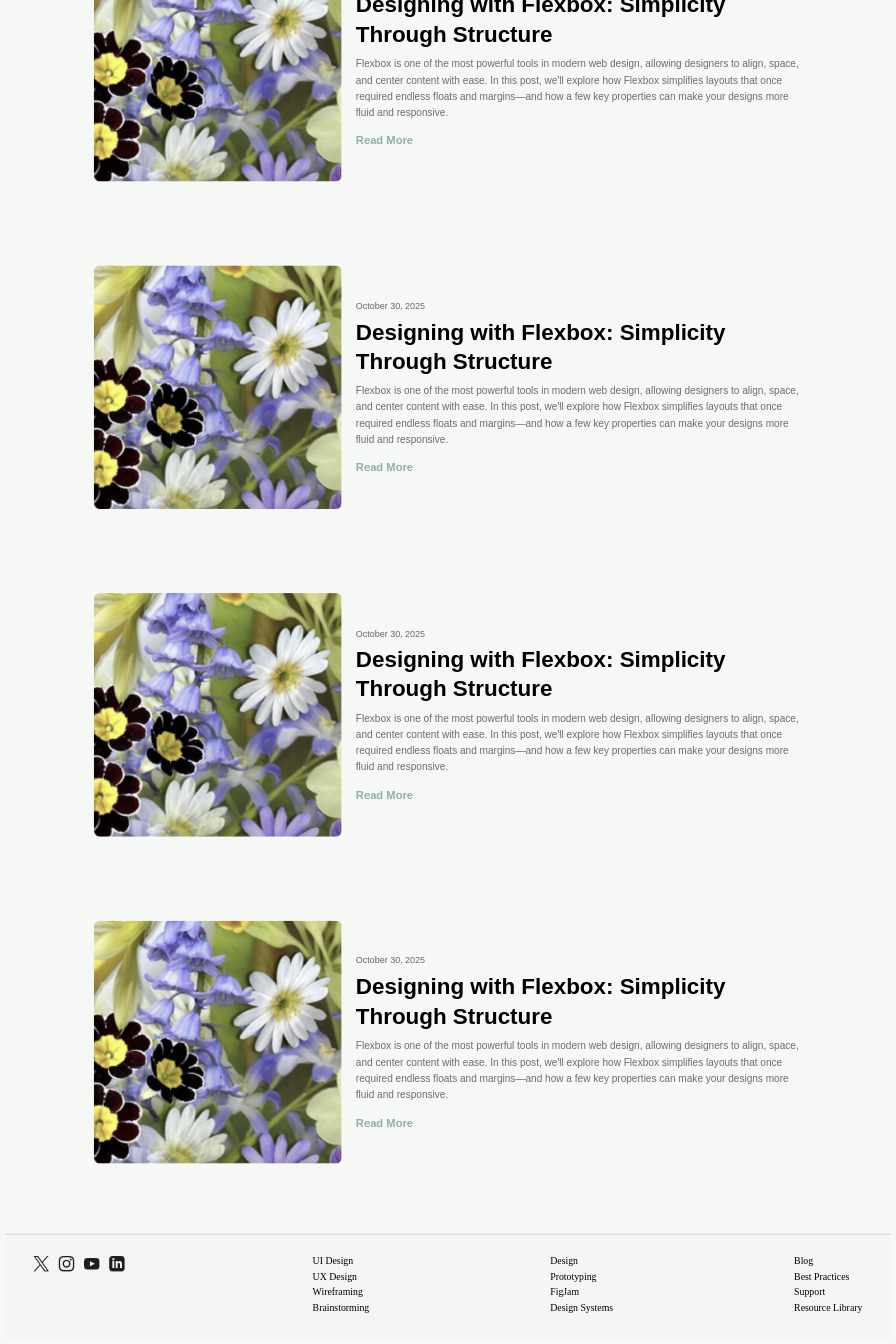
Repository: Brittany-Westlund/WebDesign
Page: Assignment4/flexbox.html
These files come from the project's save history. The page is drawn as it stood at one moment and after the next save; the edit follows.
The browser window is 1280 px wide. The pictures show the part of the page from y = 656 to 2576 px (the page is 2576 px tall before and 2574 px after), at 70% of full size.

Above is the page before, as saved 2025-11-12 14:20:14.

After the next save:
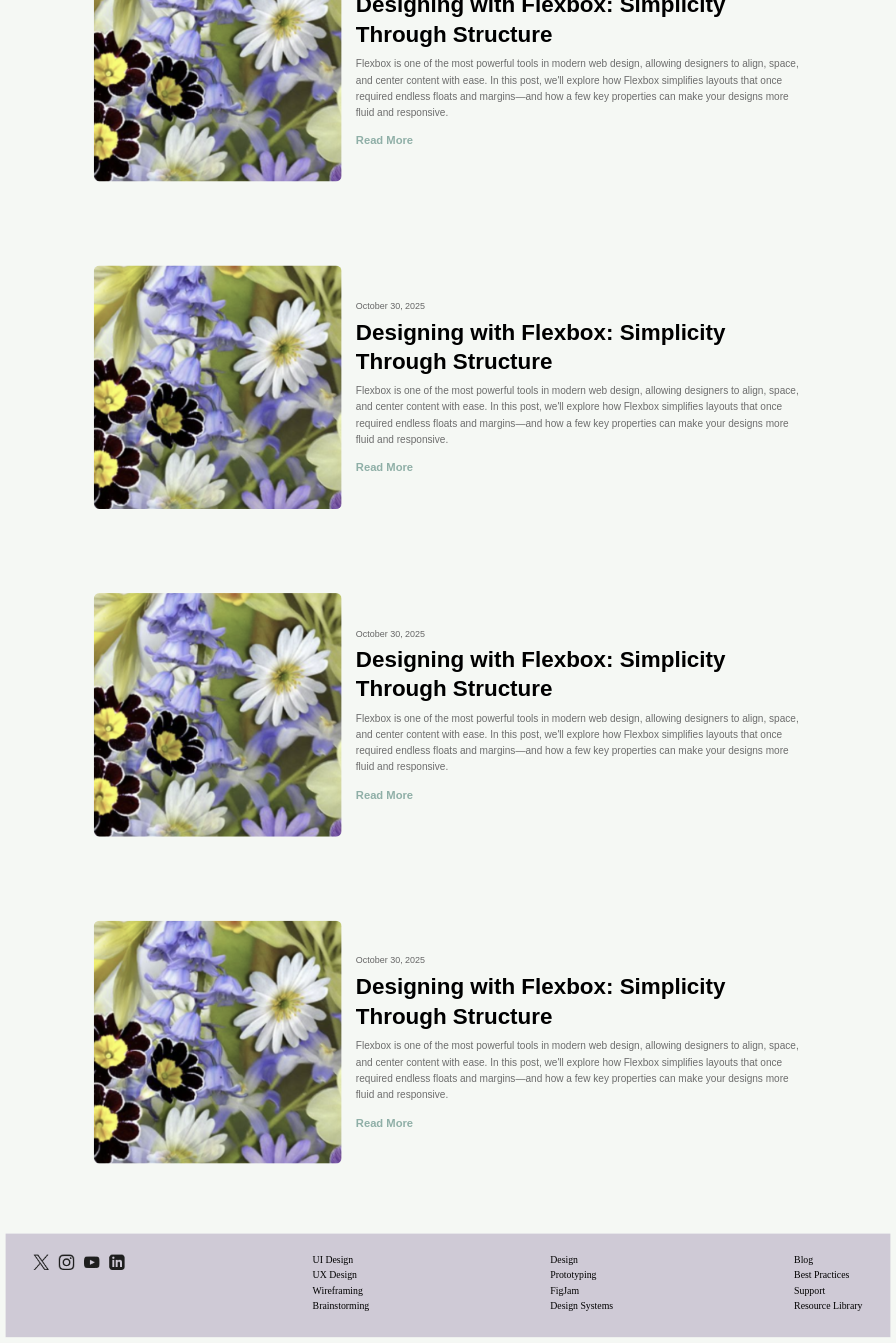
Saved 84 s later.
--- a/Assignment4/style/style.css
+++ b/Assignment4/style/style.css
@@ -106,8 +106,7 @@ body {
   display: flex;
   justify-content: space-between;
   align-items: flex-start;
-  background-color: #f5f5f5;
-  border-top: 2px solid #ddd;
+  background-color: #cfcad6;
   padding: 30px 40px;
 }
 
